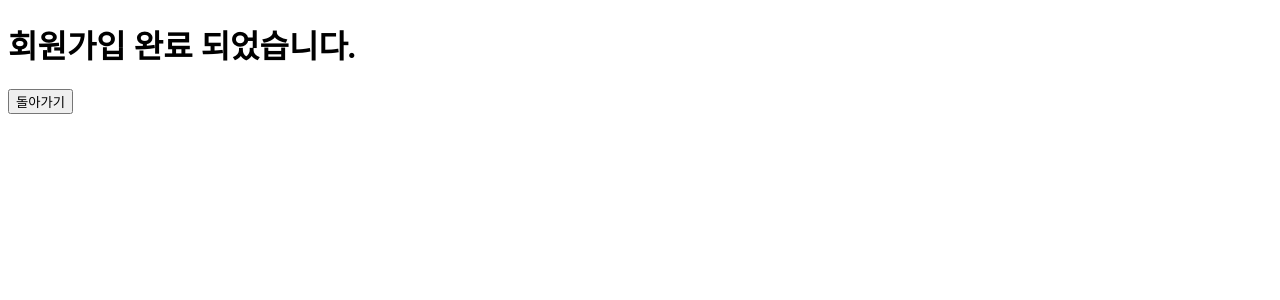
Repository: phoresis92/KITRI_JSP
Page: http://localhost/mvc_Subject/SignSuccess.jsp
These files come from the project's save history. The page is drawn as it stood at one moment and after the next save; the edit follows.
The browser window is 1280 px wide. The pictures show the whole page.
The page is served by Tomcat 9. Other server files are loaded and not shown.

Above is the page before, as saved 2018-12-19 07:22:27.

### JSP_workspace/mvc_Subject/WebContent/SignSuccess.jsp
<%@ page language="java" contentType="text/html; charset=UTF-8"
    pageEncoding="UTF-8"%>
<!DOCTYPE html>
<html>
<head>
<meta charset="UTF-8">
<title>Insert title here</title>

<script type="text/javascript">
	function rtbase(){
		location.href="/Regi.do"
	}
</script>

</head>
<body>
	<h1>회원가입 완료 되었습니다.</h1>
	<input type="button" value="돌아가기" onclick="rtbase()">
</body>
</html>

After the next save:
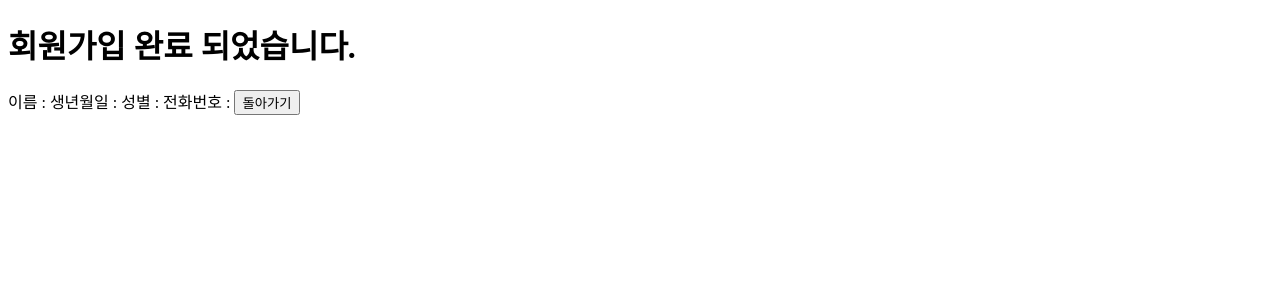
Saved 57 s later.
--- a/JSP_workspace/mvc_Subject/WebContent/SignSuccess.jsp
+++ b/JSP_workspace/mvc_Subject/WebContent/SignSuccess.jsp
@@ -15,6 +15,14 @@
 </head>
 <body>
 	<h1>회원가입 완료 되었습니다.</h1>
+
+	<label>이름 : </label>
+	<label>생년월일 : </label>
+	<label>성별 : </label>
+	<label>전화번호 : </label>
+
+
+
 	<input type="button" value="돌아가기" onclick="rtbase()">
 </body>
 </html>
